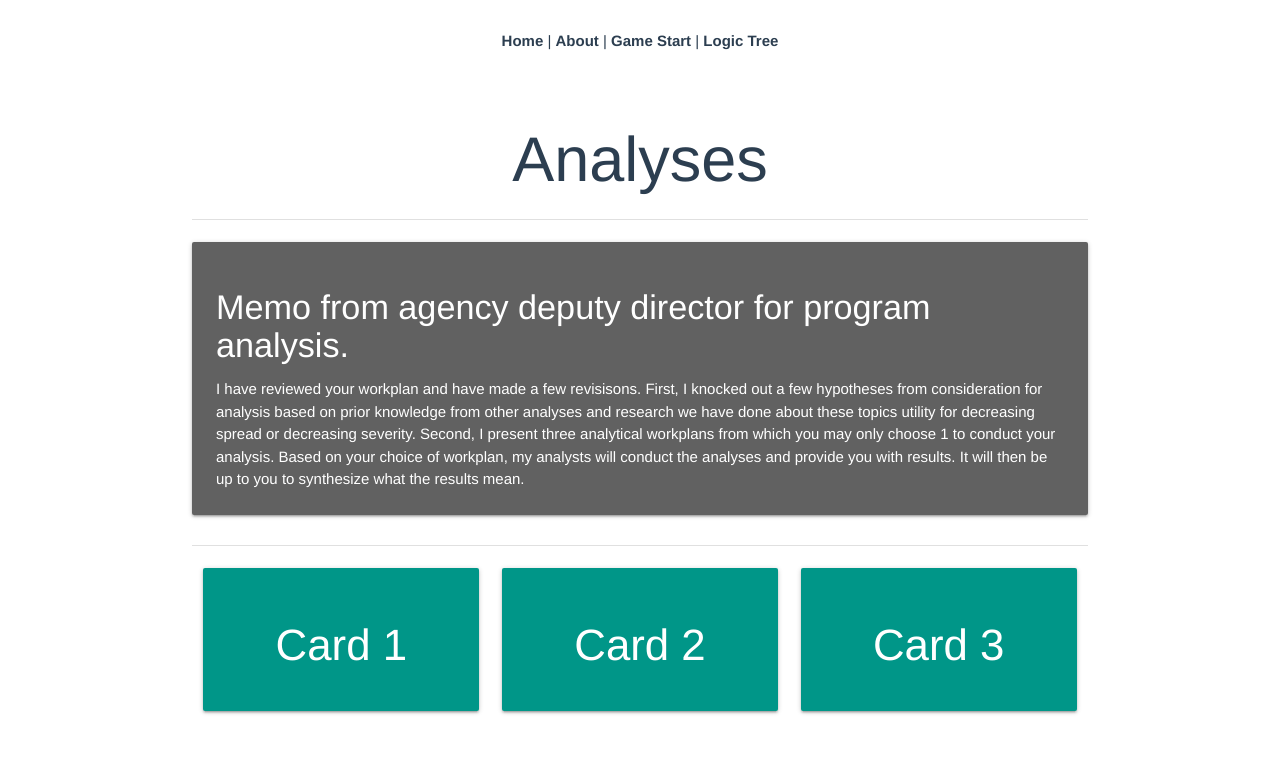
Repository: gallard28/posc4210app
Page: /#/analyses
The author's editor kept a copy of each file at every save. The page is drawn from the files as they stood at one save, then again after the next save.
The browser window is 1280 px wide. The pictures show the whole page.
The project was rebuilt for these pictures with package versions that can differ from the ones it lists, and the page was loaded fresh each time. Also part of the build but not shown: src/views/Home.vue, src/views/Start.vue, src/views/Scenario.vue, src/views/Prioritize.vue, src/views/Choose_tools.vue.

Above is the page before, as saved 2020-09-20 23:33:28.

### public/index.html
<!DOCTYPE html>
<html lang="en">
  <head>
    <meta charset="utf-8">
    <meta http-equiv="X-UA-Compatible" content="IE=edge">
    <meta name="viewport" content="width=device-width,initial-scale=1.0">
    <link rel="icon" href="<%= BASE_URL %>favicon.ico">
    <title><%= htmlWebpackPlugin.options.title %></title>

    <!-- Materialize CSS -->
    <!-- Compiled and minified CSS -->
    <link rel="stylesheet" href="https://cdnjs.cloudflare.com/ajax/libs/materialize/1.0.0/css/materialize.min.css">

    <!-- Compiled and minified JavaScript -->
    <script src="https://cdnjs.cloudflare.com/ajax/libs/materialize/1.0.0/js/materialize.min.js"></script>

    <!-- Google Fonts -->
    <link href="https://fonts.googleapis.com/icon?family=Material+Icons" rel="stylesheet">

  </head>
  <body>
    <noscript>
      <strong>We're sorry but <%= htmlWebpackPlugin.options.title %> doesn't work properly without JavaScript enabled. Please enable it to continue.</strong>
    </noscript>
    <div id="app"></div>
    <!-- built files will be auto injected -->
  </body>
</html>

### src/App.vue
<template>
  <div id="app">
    <div id="nav">
      <router-link to="/">Home</router-link> |
      <router-link to="/about">About</router-link> |
      <router-link to="/start">Game Start</router-link> |
      <router-link to="/scenario">Logic Tree</router-link>
    </div>
    <router-view/>
  </div>
</template>

<style>
#app {
  font-family: Avenir, Helvetica, Arial, sans-serif;
  -webkit-font-smoothing: antialiased;
  -moz-osx-font-smoothing: grayscale;
  text-align: center;
  color: #2c3e50;
}

#nav {
  padding: 30px;
}

#nav a {
  font-weight: bold;
  color: #2c3e50;
}

#nav a.router-link-exact-active {
  color: #42b983;
}
</style>

### src/router/index.js
import Vue from 'vue'
import VueRouter from 'vue-router'
import Home from '../views/Home.vue'
import Start from '../views/Start.vue'
import Scenario from '../views/Scenario.vue'
import Prioritize from '../views/Prioritize.vue'
import Choose_tools from '../views/Choose_tools.vue'
import Analyses from '../views/Analyses.vue'

Vue.use(VueRouter)

const routes = [
  {
    path: '/',
    name: 'Home',
    component: Home
  },
  {
    path: '/start',
    name: 'Start',
    component: Start
  },
  {
    path: '/scenario',
    name: 'Scenario',
    component: Scenario
  },
  {
    path: '/prioritize',
    name: 'Prioritize',
    component: Prioritize
  },
  {
    path: '/choose_tools',
    name: 'Choose_tools',
    component: Choose_tools
  },
  {
    path: '/analyses',
    name: 'Analyses',
    component: Analyses
  },
  {
    path: '/about',
    name: 'About',
    // route level code-splitting
    // this generates a separate chunk (about.[hash].js) for this route
    // which is lazy-loaded when the route is visited.
    component: () => import(/* webpackChunkName: "about" */ '../views/About.vue')
  }
]

const router = new VueRouter({
  routes
})

export default router

### src/views/Analyses.vue
<template>
  <div class="analyses container">
    <h1>Analyses</h1>
    <div class="divider"></div>
    <div class="section">
      <div class="card grey darken-2">
        <div class="card-content">
          <h4 class="left-align white-text">Memo from agency deputy director for program analysis.</h4>
          <p class="left-align  white-text">
            I have reviewed your workplan and have made a few revisisons. First, I knocked out a few hypotheses from consideration for analysis based on prior knowledge from other analyses and research we have done about these topics utility for decreasing spread or decreasing severity. Second, I present three analytical workplans from which you may only choose 1 to conduct your analysis. Based on your choice of workplan, my analysts will conduct the analyses and provide you with results. It will then be up to you to synthesize what the results mean.
          </p>
        </div>
      </div>
    </div>
    <div class="divider"></div>
    <div class="section row">
      <!-- Card 1 -->
      <div class="col s12 m4">
        <div class="card teal">
          <div class="card-content">
            <h3 class="white-text">Card 1</h3>
          </div>
        </div>
      </div>
      <!-- Card 2 -->
      <div class="col s12 m4">
        <div class="card teal">
          <div class="card-content">
            <h3 class="white-text">Card 2</h3>
          </div>
        </div>
      </div>
      <!-- Card 3 -->
      <div class="col s12 m4">
        <div class="card teal">
          <div class="card-content">
            <h3 class="white-text">Card 3</h3>
          </div>
        </div>
      </div>
    </div>
  </div>
</template>

<script>
export default {
  name: "Analyses"
}
</script>

<style>

</style>

Loaded but not shown: src/main.js (common file)

After the next save:
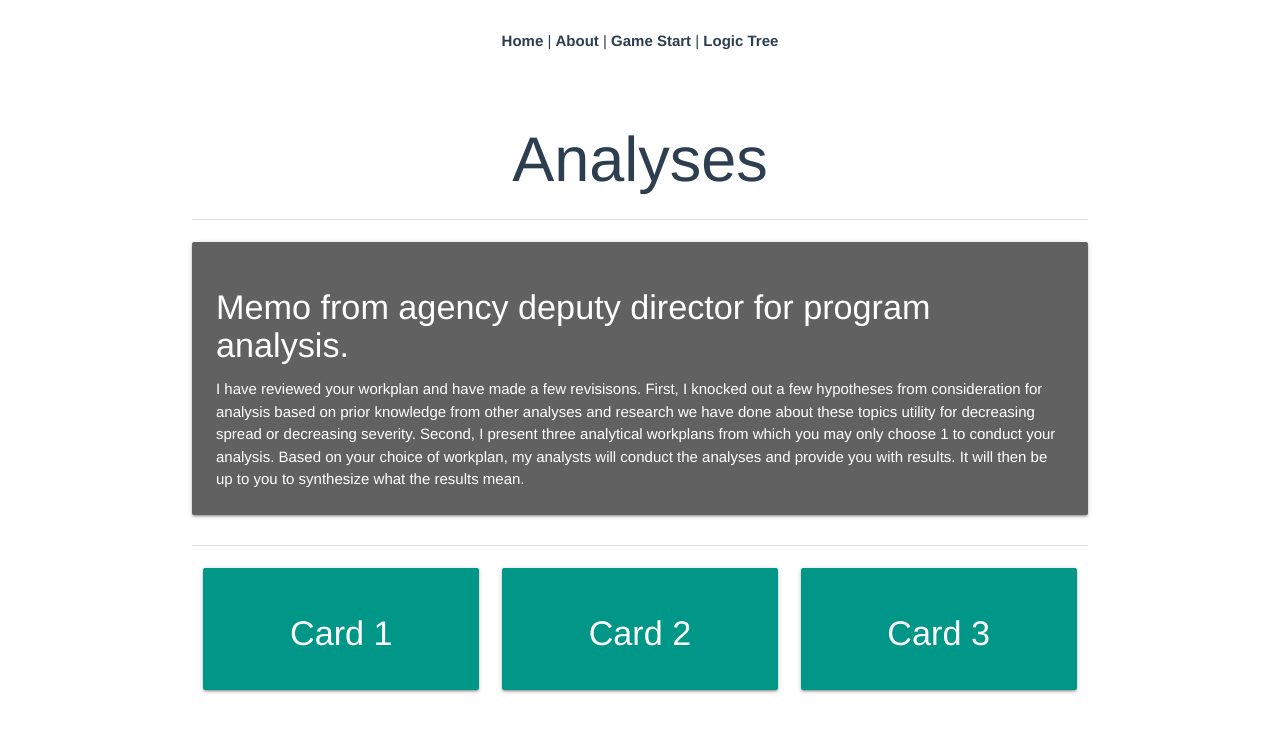
Saved 18 s later.
--- a/src/views/Analyses.vue
+++ b/src/views/Analyses.vue
@@ -18,7 +18,7 @@
       <div class="col s12 m4">
         <div class="card teal">
           <div class="card-content">
-            <h3 class="white-text">Card 1</h3>
+            <h4 class="white-text">Card 1</h4>
           </div>
         </div>
       </div>
@@ -26,7 +26,7 @@
       <div class="col s12 m4">
         <div class="card teal">
           <div class="card-content">
-            <h3 class="white-text">Card 2</h3>
+            <h4 class="white-text">Card 2</h4>
           </div>
         </div>
       </div>
@@ -34,7 +34,7 @@
       <div class="col s12 m4">
         <div class="card teal">
           <div class="card-content">
-            <h3 class="white-text">Card 3</h3>
+            <h4 class="white-text">Card 3</h4>
           </div>
         </div>
       </div>
